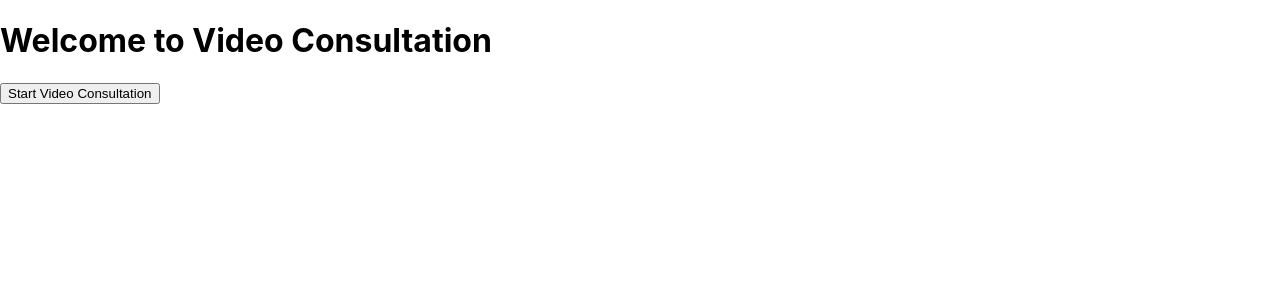
Repository: sanchitsinghal1/CallNexus
Page: /
The author's editor kept a copy of each file at every save. The page is drawn from the files as they stood at one save, then again after a run of saves.
The browser window is 1280 px wide. The pictures show the whole page.
The project was rebuilt for these pictures with package versions that can differ from the ones it lists, and the page was loaded fresh each time. Also part of the build but not shown: src/VideoCall.js.

Above is the page before, as saved 2025-07-09 14:45:21.

After the next 2 saves:
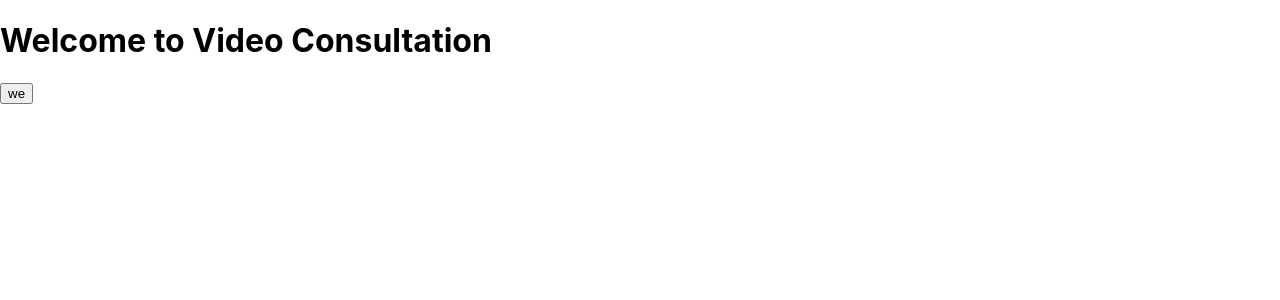
The 2 saves are shown as one change because they came seconds apart.
The last was saved 10 s later.
--- a/src/App.js
+++ b/src/App.js
@@ -7,7 +7,7 @@
     <div>
       <h1>Welcome to Video Consultation</h1>
       <Link to="/video-call">
-        <button>Start Video Consultation</button>
+        <button>we</button>
       </Link>
     </div>
   );

After the 2 saves that followed:
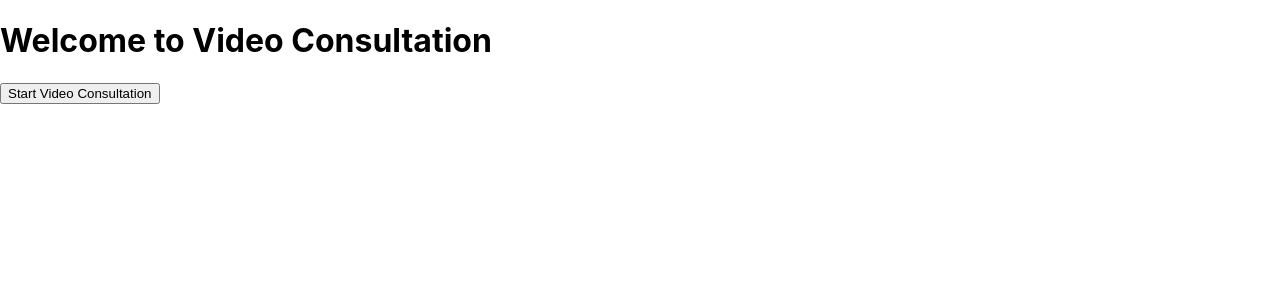
The 2 saves are shown as one change because they came seconds apart.
The last was saved 7 s later.
--- a/src/App.js
+++ b/src/App.js
@@ -7,7 +7,7 @@
     <div>
       <h1>Welcome to Video Consultation</h1>
       <Link to="/video-call">
-        <button>we</button>
+        <button>Start Video Consultation</button>
       </Link>
     </div>
   );
